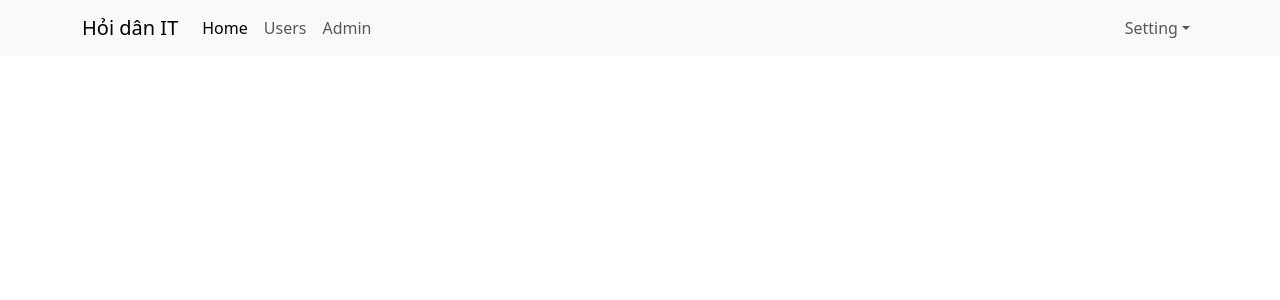
Repository: hoang0508/React-Project-hdIT
Page: /
These files come from the project's save history. The page is drawn as it stood at one moment and after the next save; the edit follows.
The browser window is 1280 px wide. The pictures show the whole page.
The project was rebuilt for these pictures with package versions that can differ from the ones it lists, and the page was loaded fresh each time. Also part of the build but not shown: src/components/User/User.js, src/components/Admin/Admin.js.

Above is the page before, as saved 2022-08-27 08:36:24.

After the next save:
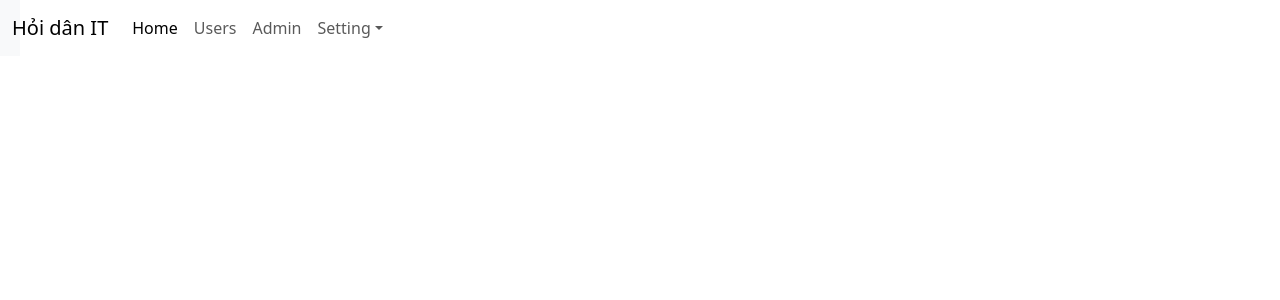
Saved 12 s later.
--- a/src/App.js
+++ b/src/App.js
@@ -4,7 +4,7 @@ import Header from "./components/Header/Header";
 import { Outlet } from "react-router-dom";
 function App() {
   return (
-    <div className="App">
+    <div className="app-container">
       <div className="header-container">
         <Header />
       </div>
